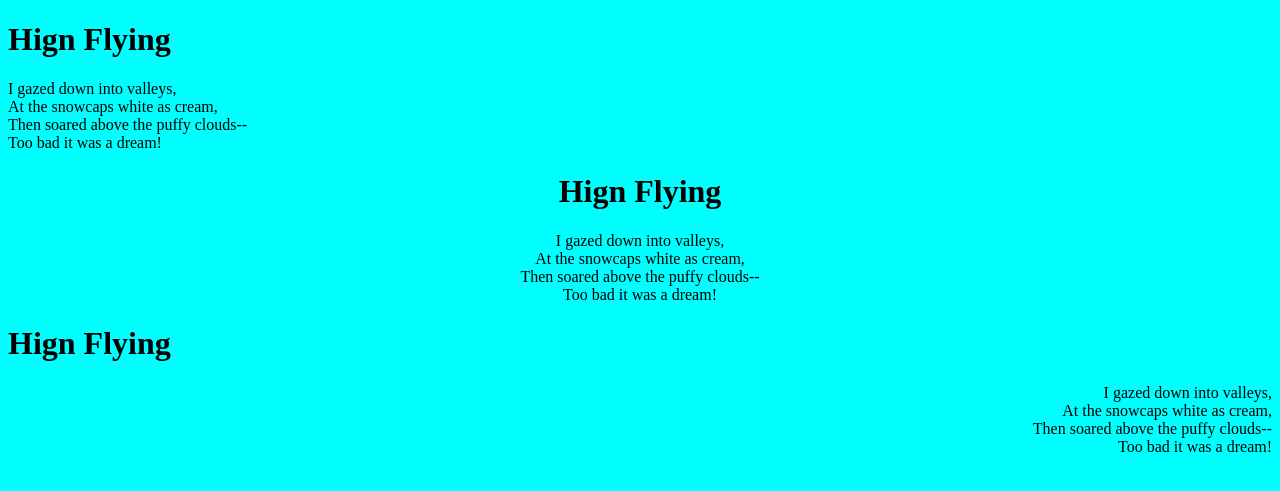
Repository: PhamChiXuan1/HTCNW_tuan3_DHCNTT16C_PhamChiXuan_20030131
Page: bt3b.html
An editor plug-in stored every save of this project. The page is shown before and after the next save, followed by the edit.
The browser window is 1280 px wide. The pictures show the whole page.

Above is the page before, as saved 2022-02-26 20:47:16.

### bt3b.html
<!DOCTYPE html>
<html lang="en">
<head>
    <meta charset="UTF-8">
    <meta http-equiv="X-UA-Compatible" content="IE=edge">
    <meta name="viewport" content="width=device-width, initial-scale=1.0">
    <title>Document</title>
</head>
<body style="background-color: aqua;">
    <H1>Hign Flying</H1>
    <P>I gazed down into valleys,<br>At the snowcaps white as cream,<br>Then soared above the puffy clouds-- <br>Too bad it was a dream!</b></P>
    <center><H1>Hign Flying</H1><P>I gazed down into valleys,<br>At the snowcaps white as cream,<br>Then soared above the puffy clouds-- <br>Too bad it was a dream!</b></P></center>
    <H1 ">Hign Flying</H1>
    <P style = " text-align:right">I gazed down into valleys,<br>At the snowcaps white as cream,<br>Then soared above the puffy clouds-- <br>Too bad it was a dream!</b></P>
</body>
</html>

After the next save:
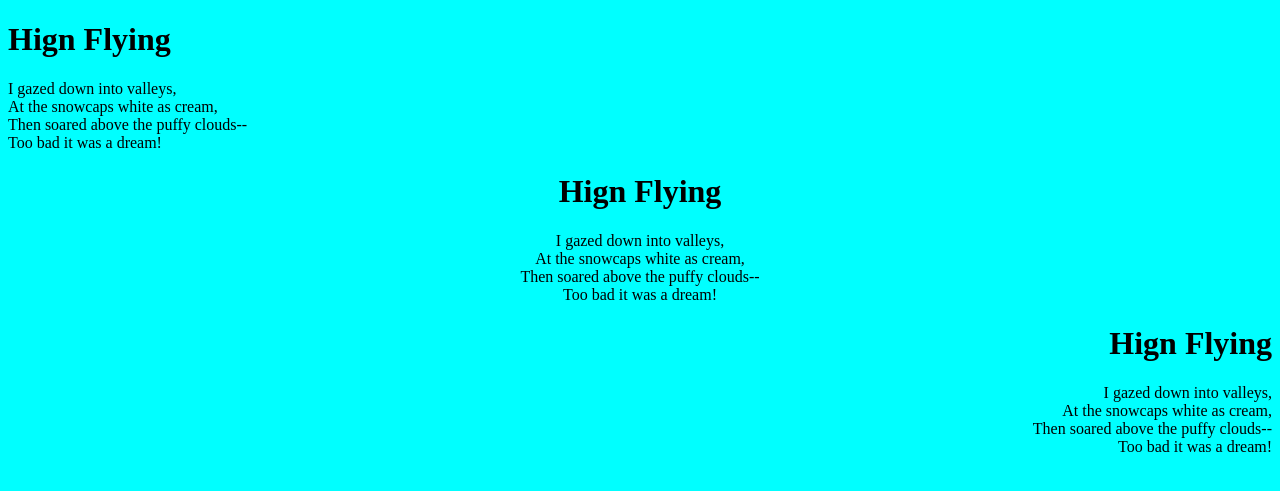
Saved 37 s later.
--- a/bt3b.html
+++ b/bt3b.html
@@ -10,7 +10,7 @@
     <H1>Hign Flying</H1>
     <P>I gazed down into valleys,<br>At the snowcaps white as cream,<br>Then soared above the puffy clouds-- <br>Too bad it was a dream!</b></P>
     <center><H1>Hign Flying</H1><P>I gazed down into valleys,<br>At the snowcaps white as cream,<br>Then soared above the puffy clouds-- <br>Too bad it was a dream!</b></P></center>
-    <H1 ">Hign Flying</H1>
+    <H1 style = " text-align:right">Hign Flying</H1>
     <P style = " text-align:right">I gazed down into valleys,<br>At the snowcaps white as cream,<br>Then soared above the puffy clouds-- <br>Too bad it was a dream!</b></P>
 </body>
 </html>
